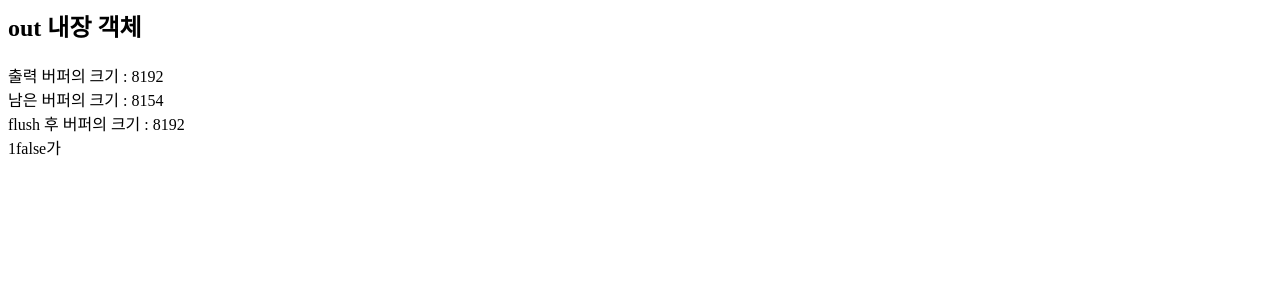
Repository: kimeuiyeob/KOPO_JSP_Study_2
Page: http://localhost/JspStudy/02ImplictObject/OutMain.jsp
The author's editor kept a copy of each file at every save. The page is drawn from the files as they stood at one save, then again after the next save.
The browser window is 1280 px wide. The pictures show the whole page.
The page is served by Tomcat 9.

Above is the page before, as saved 2023-06-16 01:26:05.

After the next save:
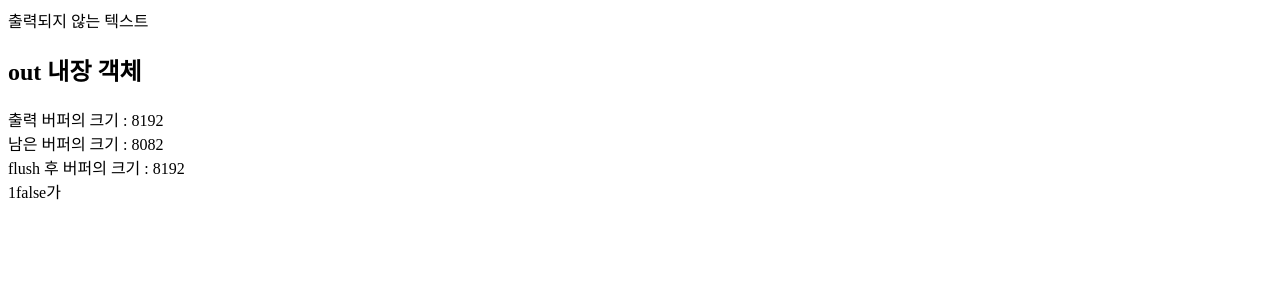
Saved 48 s later.
--- a/JspStudy/src/main/webapp/02ImplictObject/OutMain.jsp
+++ b/JspStudy/src/main/webapp/02ImplictObject/OutMain.jsp
@@ -8,7 +8,7 @@
     <%
     // 버퍼 내용 삭제하기
     out.print("출력되지 않는 텍스트");  // 버퍼에 저장
-    out.clearBuffer();  // 버퍼를 비움(윗 줄의 출력 결과 사라짐)
+    /* out.clearBuffer(); */  // 버퍼를 비움(윗 줄의 출력 결과 사라짐)
 
     out.print("<h2>out 내장 객체</h2>");
 
